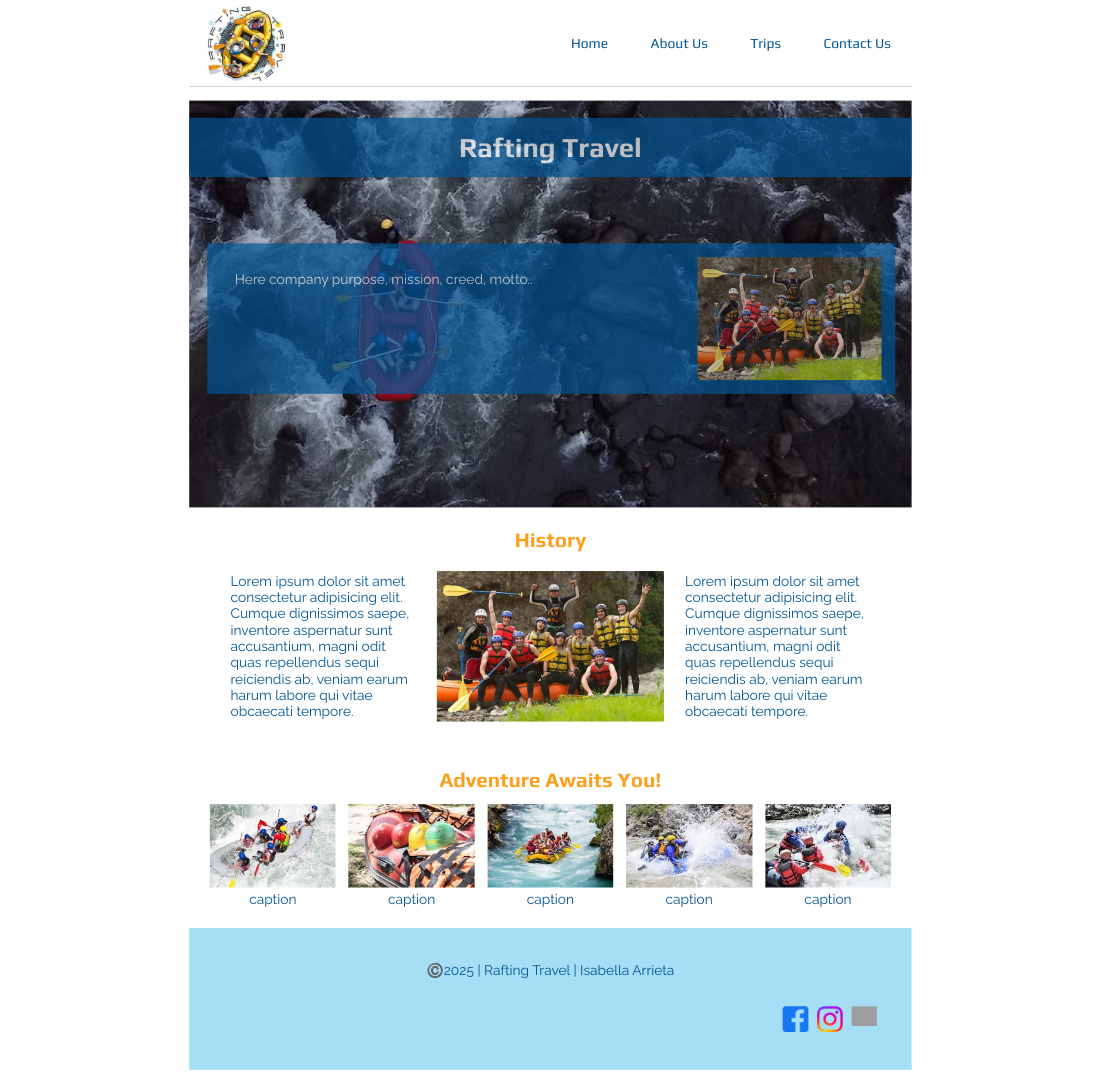
Repository: isaAJ05/wdd130
Page: wwr/about.html
The author's editor kept a copy of each file at every save. The page is drawn from the files as they stood at one save, then again after the next save.
The browser window is 1280 px wide. The pictures show the whole page, at 86% of full size.
Pictures or frames that could not be fetched are drawn as grey boxes.

Above is the page before, as saved 2025-06-06 23:27:56.

### wwr/about.html
<!DOCTYPE html>
<html lang="en">
<head>
    <meta charset="UTF-8">
    <meta name="viewport" content="width=device-width, initial-scale=1.0">
    <title>About Us-Rafting Travel</title>
    <meta name="description" content="Information about the company: Rafting Travel">
    <meta name="author" content="Isabella Arrieta">
    <link rel="stylesheet" href="styles/rafting.css">
    <link rel="preconnect" href="https://fonts.googleapis.com">
    <link rel="preconnect" href="https://fonts.gstatic.com" crossorigin>
    <link href="https://fonts.googleapis.com/css2?family=Play:wght@400;700&family=Raleway:ital,wght@0,100..900;1,100..900&display=swap" rel="stylesheet">
</head>
<body>
    <header>
        <img src ="images/z-raftingcompas.jpg" alt="Rafting Company Logo">
    <nav>
        <a href="index.html">Home</a>
        <a href="about.html">About Us</a>
        <a href="trips.html">Trips</a>
        <a href="contact.html">Contact Us</a>
    </nav>
    </header>
    <main>
        <div class="herodiv">
            <img src="images/rafting16_1024.jpg" alt="Rafting">
            <h1>Rafting Travel</h1>
            <article>
                <img src="images/rafting59_600.jpg" alt="Happy Client">
                <p>Here company purpose, mission, creed, motto..</p>
            </article>
        </div>
        <section class="History">
            <h2>History</h2>
            <p>Lorem ipsum dolor sit amet consectetur adipisicing elit. Cumque dignissimos saepe, inventore aspernatur sunt accusantium, magni odit quas repellendus sequi reiciendis ab, veniam earum harum labore qui vitae obcaecati tempore.</p>
            <img src="images/rafting59_600.jpg" alt="Happy Client">
            <p>Lorem ipsum dolor sit amet consectetur adipisicing elit. Cumque dignissimos saepe, inventore aspernatur sunt accusantium, magni odit quas repellendus sequi reiciendis ab, veniam earum harum labore qui vitae obcaecati tempore.</p>
        </section>
        <section class="Adventure">
            <h2>Adventure Awaits You!</h2>
            <figure>
                <img src="images/1.jpg" alt="">
                <figcaption>caption</figcaption>
            </figure>
            <figure>
                <img src="images/2.jpg" alt="">
                <figcaption>caption</figcaption>
            </figure>
            <figure>
                <img src="images/5.jpg" alt="">
                <figcaption>caption</figcaption>
            </figure>
            <figure>
                <img src="images/4.jpg" alt="">
                <figcaption>caption</figcaption>
            </figure>
            <figure>
                <img src="images/3.jpg" alt="">
                <figcaption>caption</figcaption>
            </figure>
        </section>
    </main>
    <footer>
        <p>©️2025 | Rafting Travel | Isabella Arrieta</p>
        <nav class="socialmedia">
            <a href="https://www.facebook.com/">
                <img src="images/facebook.webp" alt="Facebook" width="30">
            </a>
            <a href="https://www.instagram.com/">
                <img src="images/instagram.webp" alt="Instagram" width="30">
            </a>
            <a href="https://x.com/home">
                <img src="images/x.webp" alt="X" width="30">
            </a>

        </nav>
    </footer>
</body>
</html>

### wwr/styles/rafting.css
:root {
    --primary-color: #FC9F1C;
    --secondary-color: #FFE77C;
    --accent1-color: #025595;
    --accent2-color: #A6DEF6;
    --heading-font: "Play", sans-serif;
    --body-font: "Raleway", sans-serif;
}

header {
    margin: 1rem auto;
    background-color: #fff;
    color: var(--secondary-color);
    display: grid;
	grid-template-columns: 1fr 1fr;
    align-items: center;
    border-bottom: 1px solid #ccc;

}
header img {
    width: 100px;
    height: auto;
    margin-left: 16px;
}
*{
    margin: 0;
    padding: 0;
    box-sizing: border-box;
}
body {
    font-family: var(--body-font);
    color: var(--accent1-color);
}
 header, main, footer {
    width: 840px;
    margin: 0 auto;
}
h1, h2{
    font-family: var(--heading-font);
    color: var(--primary-color);
}
p, section, article{
    margin: 16px;
    padding: 8px;
}
.History {
    display: grid;
	grid-template-columns: 1fr 1fr 1fr;
    align-items: center;
    grid-gap: 1px;
}
.History h2{
    grid-column: 1/4;
    text-align: center;

}
.History img{
    width: 100%;
    height: auto;
}
.Adventure {
    display: grid;
    grid-template-columns: 1fr 1fr 1fr 1fr 1fr;
    align-items: center;
    grid-gap: 15px;
}
.Adventure h2{
    grid-column: 1/6;
    text-align: center;
}
.Adventure img{
    width: 100%;
    height: auto;
}
figcaption {
    text-align: center;
}
nav {
    margin: 16px;
    padding: 8px;
    display: flex;
    justify-content: space-between;
	flex: 1 1 auto;

}
nav a {
    text-decoration: none;
    font-family: var(--heading-font);
    color: var(--accent1-color);
}
nav a:hover {
    color: var(--primary-color);
    text-decoration: underline;
}

.socialmedia a{
    text-decoration: none;
}
.socialmedia {
    display: flex;
    justify-content: right;
    gap: 10px;
}

.herodiv{
    position: relative;
    margin: 1em auto;
}

.herodiv img{
    display: block;
    width: 100%;
    height: auto;
}

h1{
    position: absolute;
    top: 20px;
    width: 100%;
    padding: 16px;
    text-align: center;
    opacity: 0.7;
    background-color: var(--accent1-color);
    color: #ffffff;

}

.herodiv article{
    position: absolute;
    top: 150px;
    left: 5px;
    width: 800px;
    opacity: 0.7;
    background-color: var(--accent1-color);
    color: #ffffff;
}
.herodiv article img{
    float: right;
    width: 230px;
    padding: 8px;
}
footer {
    margin: 1rem auto;
    padding: 16px;
    background-color: var(--accent2-color);
    color: var(--accent1-color);
    text-align: center;
}

After the next save:
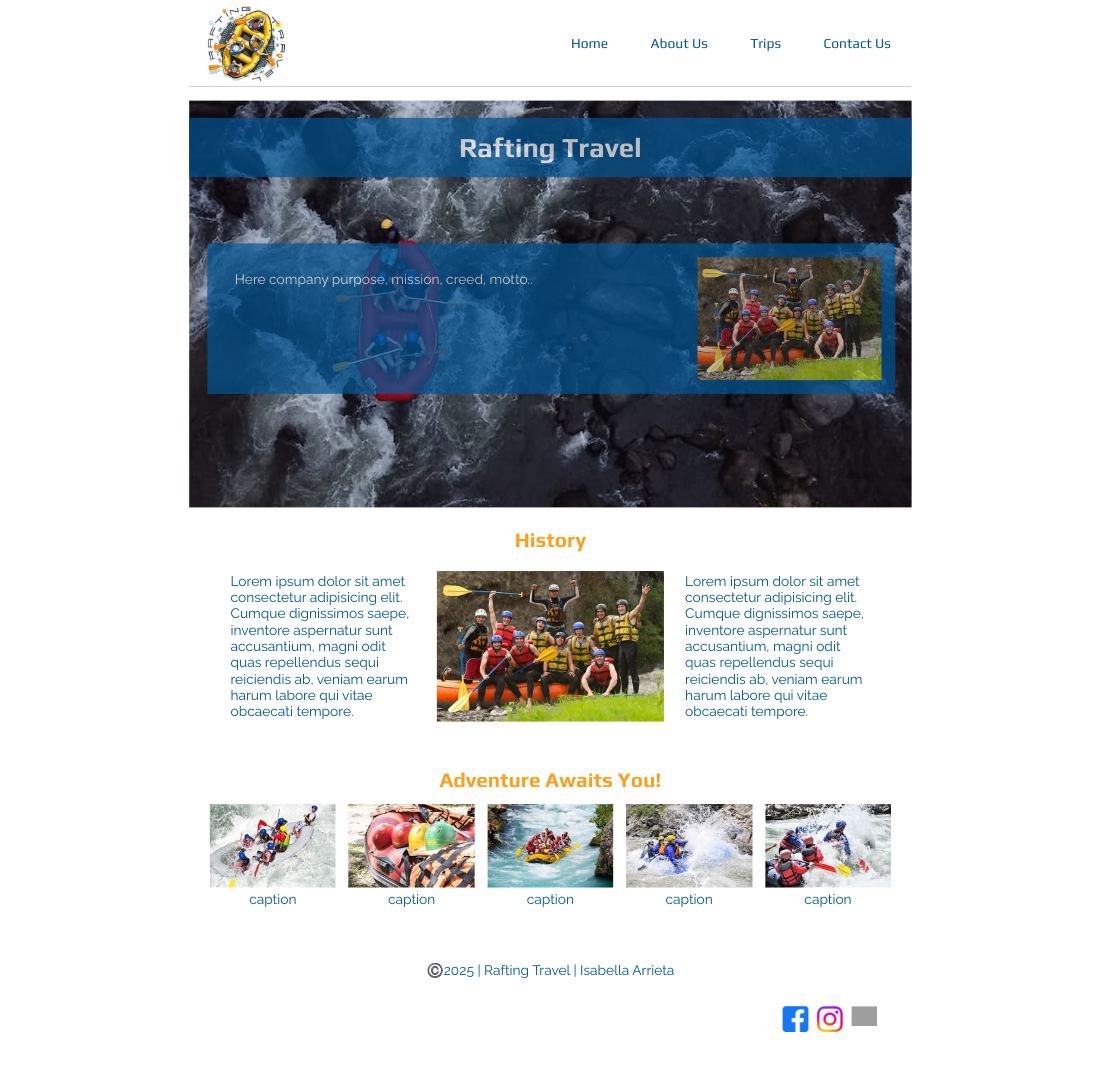
Saved 28 s later.
--- a/wwr/styles/rafting.css
+++ b/wwr/styles/rafting.css
@@ -142,7 +142,5 @@ h1{
 footer {
     margin: 1rem auto;
     padding: 16px;
-    background-color: var(--accent2-color);
-    color: var(--accent1-color);
     text-align: center;
 }
